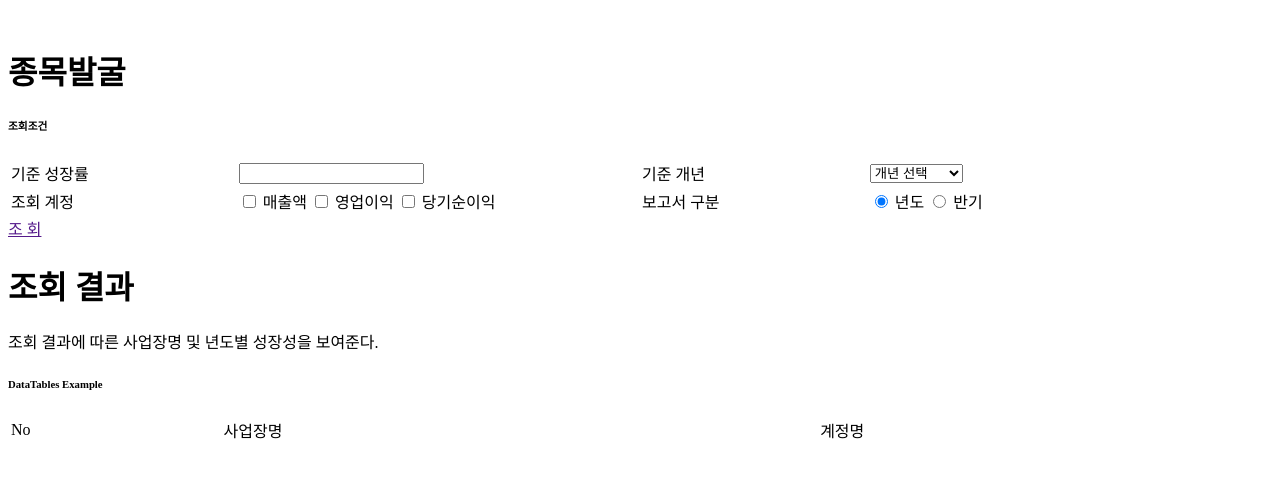
Repository: bangProgram/PJT_Finance
Page: http://localhost/Finance/WEB-INF/views/report/reportList.jsp
These files come from the project's save history. The page is drawn as it stood at one moment and after the next save; the edit follows.
The browser window is 1280 px wide. The pictures show the whole page.
The page is served by Tomcat 9. Nobody is signed in. The template is opened directly, without the code that normally fills it, so the values that code supplies are empty.

Above is the page before, as saved 2022-10-27 08:21:23.

After the next save:
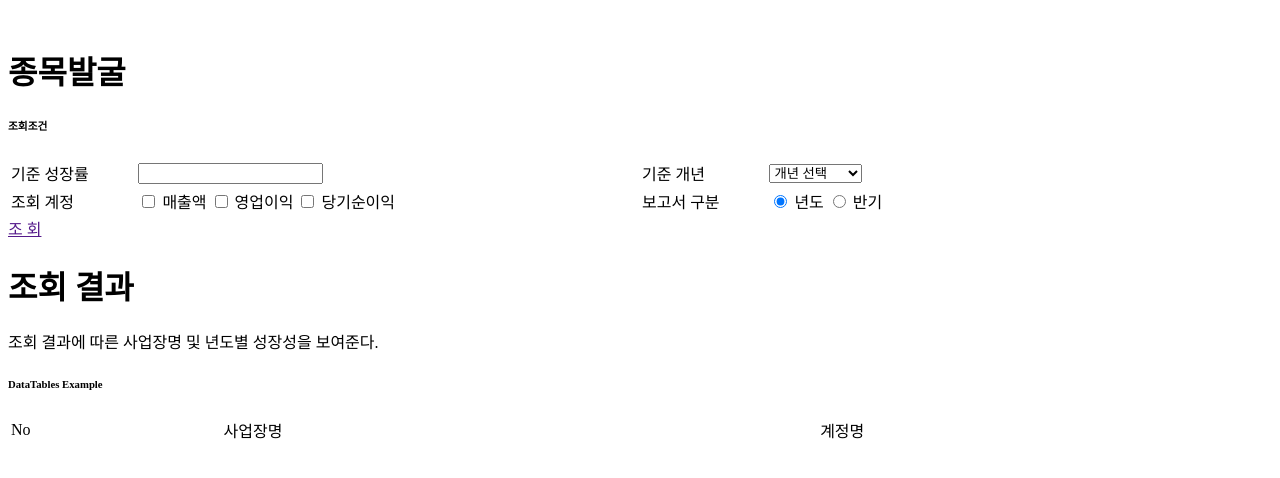
Saved 22 s later.
--- a/Finance/src/main/webapp/WEB-INF/views/report/reportList.jsp
+++ b/Finance/src/main/webapp/WEB-INF/views/report/reportList.jsp
@@ -145,10 +145,10 @@
 
                 <table id="searchTable" class="table table-bordered"  width="100%">
                 	<colgroup>
-                		<col width="18%"/>
-                		<col width="32%"/>
-                		<col width="18%"/>
-                		<col width="32%"/>
+                		<col width="10%"/>
+                		<col width="40%"/>
+                		<col width="10%"/>
+                		<col width="40%"/>
                 	</colgroup>
                     <tbody>
                         <tr>

After the save that followed:
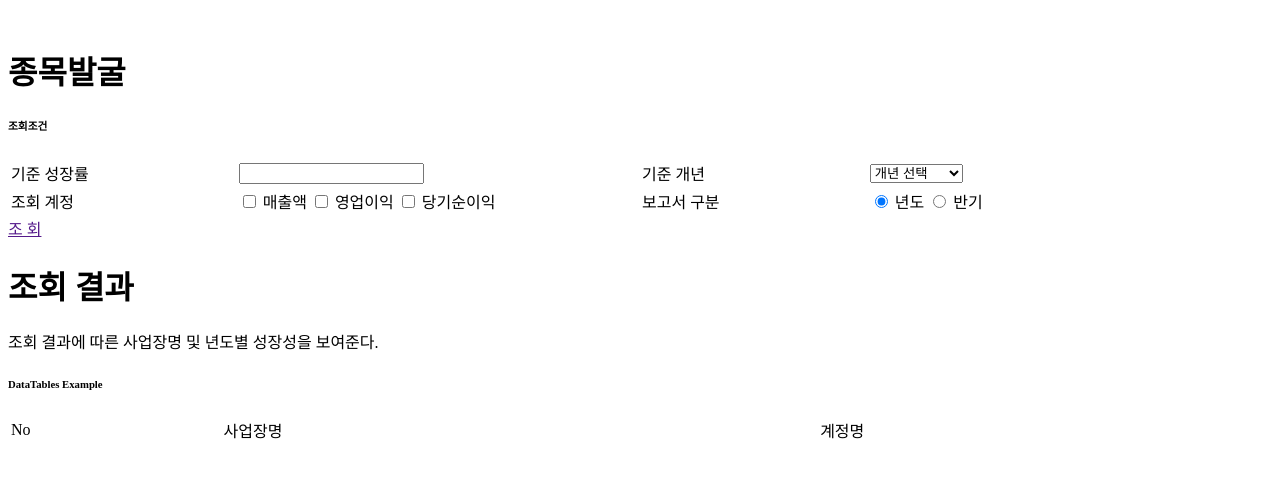
Saved 31 s later.
--- a/Finance/src/main/webapp/WEB-INF/views/report/reportList.jsp
+++ b/Finance/src/main/webapp/WEB-INF/views/report/reportList.jsp
@@ -145,10 +145,10 @@
 
                 <table id="searchTable" class="table table-bordered"  width="100%">
                 	<colgroup>
-                		<col width="10%"/>
-                		<col width="40%"/>
-                		<col width="10%"/>
-                		<col width="40%"/>
+                		<col width="18%"/>
+                		<col width="32%"/>
+                		<col width="18%"/>
+                		<col width="32%"/>
                 	</colgroup>
                     <tbody>
                         <tr>
